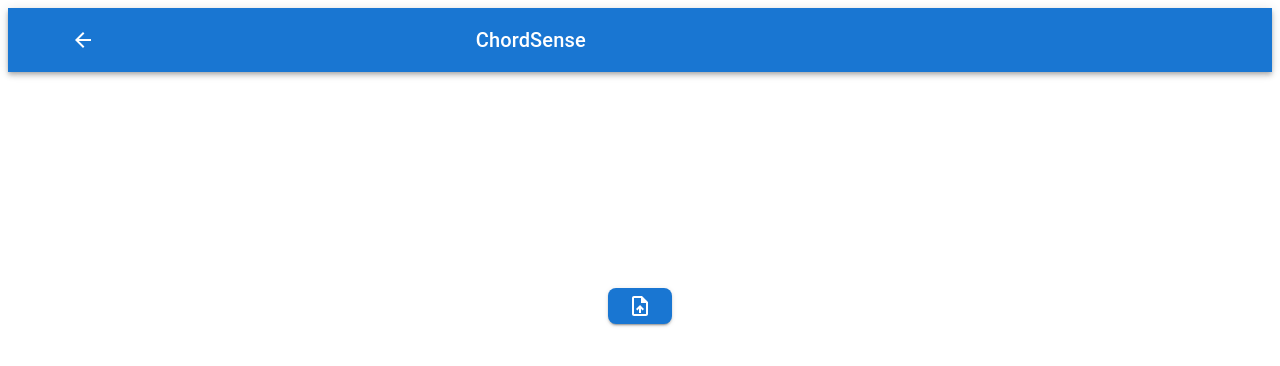
Repository: shamu332/ChordSense
Page: / (app in ui/)
These files come from the project's save history. The page is drawn as it stood at one moment and after the next save; the edit follows.
The browser window is 1280 px wide. The pictures show the whole page.
The project was rebuilt for these pictures with package versions that can differ from the ones it lists, and the page was loaded fresh each time. Also part of the build but not shown: ui/src/pages/Results.js.

Above is the page before, as saved 2023-03-11 14:33:53.

After the next save:
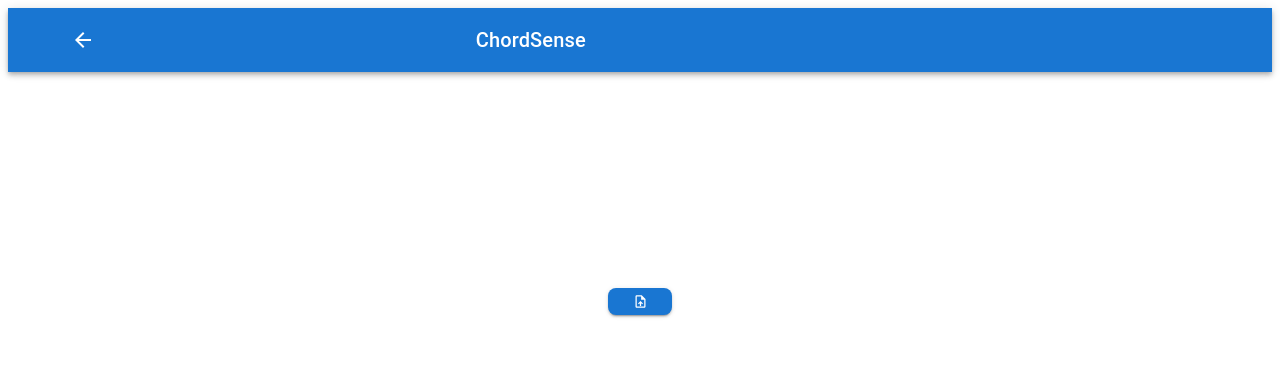
Saved 27 s later.
--- a/ui/src/pages/Landing.js
+++ b/ui/src/pages/Landing.js
@@ -48,9 +48,11 @@ function Scanner() {
             <Button variant="contained"
             sx={{
                 borderRadius: 2,
-                fontSize: 15,
               }}>
-                <UploadFileIcon></UploadFileIcon>
+                <UploadFileIcon
+                sx = {{
+                    fontSize: 15,
+                }}></UploadFileIcon>
                 </Button>
           </div>
           <div
